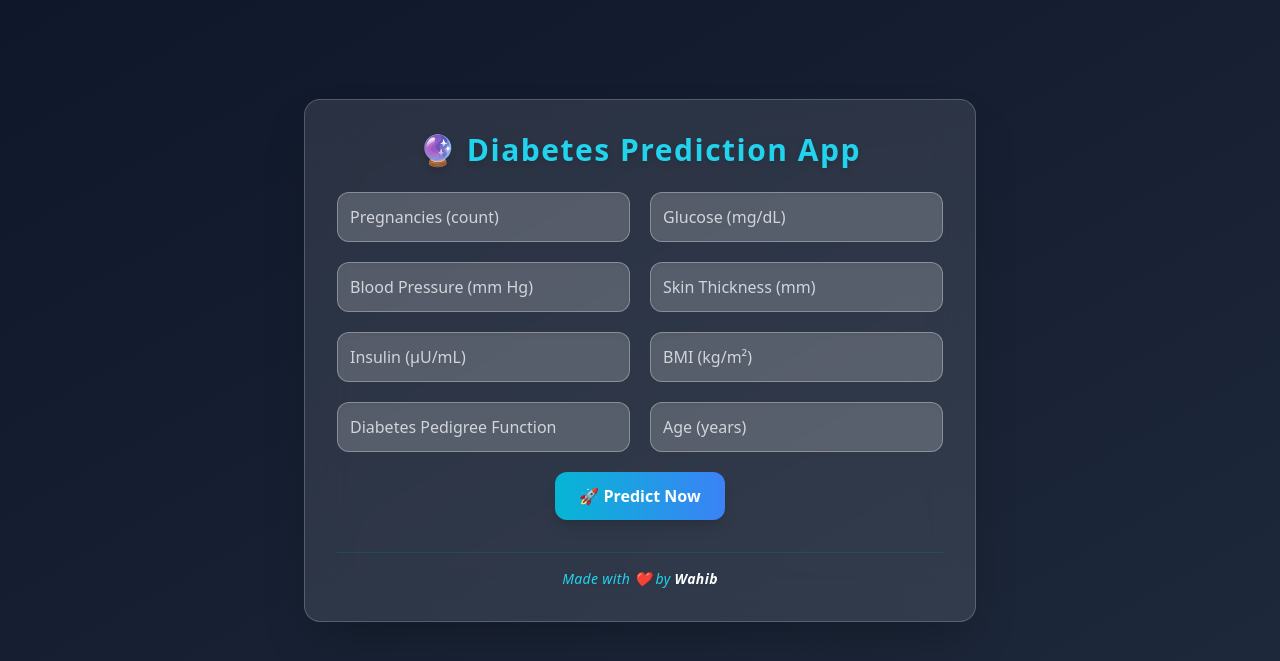
Repository: wahibkhannn/pima-diabetes-app
Page: / (app in frontend/)
The author's editor kept a copy of each file at every save. The page is drawn from the files as they stood at one save, then again after a run of saves.
The browser window is 1280 px wide. The pictures show the whole page.
The project was rebuilt for these pictures with package versions that can differ from the ones it lists, and the page was loaded fresh each time.

Above is the page before, as saved 2025-06-30 20:37:53.

### frontend/public/index.html
<!DOCTYPE html>
<html lang="en">
  <head>
    <meta charset="utf-8" />
    <link rel="icon" href="%PUBLIC_URL%/favicon.ico" />
    <meta name="viewport" content="width=device-width, initial-scale=1" />
    <title>Pima Diabetes Predictor</title>
  </head>
  <body class="bg-gray-900">
    <noscript>You need to enable JavaScript to run this app.</noscript>
    <div id="root"></div>
  </body>
</html>

### frontend/src/index.css
@tailwind base;
@tailwind components;
@tailwind utilities;

body {
  font-family: 'Segoe UI', sans-serif;
}

### frontend/src/App.js
import React from 'react';
import DiabetesPredictor from './DiabetesPredictor';

function App() {
  return <DiabetesPredictor />;
}

export default App;

### frontend/src/DiabetesPredictor.js
import React, { useState } from 'react';
import axios from 'axios';

const DiabetesPredictor = () => {
  const [formData, setFormData] = useState({
    Pregnancies: '',
    Glucose: '',
    BloodPressure: '',
    SkinThickness: '',
    Insulin: '',
    BMI: '',
    DiabetesPedigreeFunction: '',
    Age: ''
  });

  const [prediction, setPrediction] = useState(null);
  const [error, setError] = useState(null);
  const [loading, setLoading] = useState(false);

  const handleChange = (e) => {
    setFormData({ ...formData, [e.target.name]: e.target.value });
  };

  const handleSubmit = async (e) => {
    e.preventDefault();
    setLoading(true);
    setPrediction(null);
    setError(null);

    try {
      const cleanedData = Object.fromEntries(
        Object.entries(formData).map(([key, val]) => [key, parseFloat(val)])
      );
      const response = await axios.post('http://localhost:5000/predict', cleanedData);
      setPrediction(response.data.prediction);
    } catch (err) {
      setError(err.response?.data?.error || 'Prediction failed.');
      console.error(err);
    } finally {
      setLoading(false);
    }
  };

  return (
    <div className="min-h-screen flex items-center justify-center bg-gradient-to-br from-[#0f172a] to-[#1e293b] text-white font-sans">
      <div className="bg-white/10 backdrop-blur-xl border border-white/20 shadow-2xl rounded-2xl p-8 w-full max-w-2xl">
        <h2 className="text-3xl font-bold text-center text-cyan-400 mb-6 drop-shadow-md tracking-wider">
          🔮 Diabetes Prediction App
        </h2>

        <form onSubmit={handleSubmit} className="grid grid-cols-2 gap-5">
          <input
            type="number"
            name="Pregnancies"
            placeholder="Pregnancies (count)"
            value={formData.Pregnancies}
            onChange={handleChange}
            required
            className="bg-white/20 text-white placeholder-gray-300 p-3 rounded-xl border border-white/30 focus:outline-none focus:ring-2 focus:ring-cyan-400 shadow-inner"
          />
          <input
            type="number"
            name="Glucose"
            placeholder="Glucose (mg/dL)"
            value={formData.Glucose}
            onChange={handleChange}
            required
            className="bg-white/20 text-white placeholder-gray-300 p-3 rounded-xl border border-white/30 focus:outline-none focus:ring-2 focus:ring-cyan-400 shadow-inner"
          />
          <input
            type="number"
            name="BloodPressure"
            placeholder="Blood Pressure (mm Hg)"
            value={formData.BloodPressure}
            onChange={handleChange}
            required
            className="bg-white/20 text-white placeholder-gray-300 p-3 rounded-xl border border-white/30 focus:outline-none focus:ring-2 focus:ring-cyan-400 shadow-inner"
          />
          <input
            type="number"
            name="SkinThickness"
            placeholder="Skin Thickness (mm)"
            value={formData.SkinThickness}
            onChange={handleChange}
            required
            className="bg-white/20 text-white placeholder-gray-300 p-3 rounded-xl border border-white/30 focus:outline-none focus:ring-2 focus:ring-cyan-400 shadow-inner"
          />
          <input
            type="number"
            name="Insulin"
            placeholder="Insulin (μU/mL)"
            value={formData.Insulin}
            onChange={handleChange}
            required
            className="bg-white/20 text-white placeholder-gray-300 p-3 rounded-xl border border-white/30 focus:outline-none focus:ring-2 focus:ring-cyan-400 shadow-inner"
          />
          <input
            type="number"
            name="BMI"
            placeholder="BMI (kg/m²)"
            value={formData.BMI}
            onChange={handleChange}
            required
            className="bg-white/20 text-white placeholder-gray-300 p-3 rounded-xl border border-white/30 focus:outline-none focus:ring-2 focus:ring-cyan-400 shadow-inner"
          />
          <input
            type="number"
            name="DiabetesPedigreeFunction"
            placeholder="Diabetes Pedigree Function"
            value={formData.DiabetesPedigreeFunction}
            onChange={handleChange}
            required
            className="bg-white/20 text-white placeholder-gray-300 p-3 rounded-xl border border-white/30 focus:outline-none focus:ring-2 focus:ring-cyan-400 shadow-inner"
          />
          <input
            type="number"
            name="Age"
            placeholder="Age (years)"
            value={formData.Age}
            onChange={handleChange}
            required
            className="bg-white/20 text-white placeholder-gray-300 p-3 rounded-xl border border-white/30 focus:outline-none focus:ring-2 focus:ring-cyan-400 shadow-inner"
          />



          <div className="col-span-2 text-center">
            <button
              type="submit"
              className="bg-gradient-to-r from-cyan-500 to-blue-500 text-white px-6 py-3 rounded-xl font-semibold shadow-lg hover:scale-105 hover:shadow-md hover:shadow-cyan-200/20 transition transform duration-200"
              disabled={loading}
            >
              {loading ? 'Predicting...' : '🚀 Predict Now'}
            </button>
          </div>
        </form>

        {prediction !== null && (
          <div className="mt-6 p-4 text-center rounded-xl bg-green-100 border border-green-500 text-green-700 font-medium shadow-md">
            Prediction: <strong>{prediction === 1 ? '🩺 Diabetic' : '✅ Not Diabetic'}</strong>
          </div>
        )}

        {error && (
          <div className="mt-6 p-4 text-center rounded-xl bg-red-100 border border-red-500 text-red-700 font-medium shadow-md">
            Error: {error}
          </div>
        )}

        <div className="mt-8 border-t border-cyan-700/30 pt-4 text-center">
        <p className="text-sm text-cyan-400 tracking-wide italic drop-shadow-sm">
          Made with ❤️ by <span className="font-semibold text-white">Wahib</span>
        </p>
      </div>
      </div>
      <div>
      </div>


    </div>
  );
};

export default DiabetesPredictor;




// import React, { useState } from 'react';
// import axios from 'axios';

// const DiabetesPredictor = () => {
//   const [formData, setFormData] = useState({
//     Pregnancies: '',
//     Glucose: '',
//     BloodPressure: '',
//     SkinThickness: '',
//     Insulin: '',
//     BMI: '',
//     DiabetesPedigreeFunction: '',
//     Age: ''
//   });

//   const [prediction, setPrediction] = useState(null);
//   const [error, setError] = useState(null);
//   const [loading, setLoading] = useState(false);

//   const handleChange = (e) => {
//     setFormData({ ...formData, [e.target.name]: e.target.value });
//   };

//   const handleSubmit = async (e) => {
//     e.preventDefault();
//     setLoading(true);
//     setPrediction(null);
//     setError(null);

//     try {
//       const cleanedData = Object.fromEntries(
//         Object.entries(formData).map(([key, val]) => [key, parseFloat(val)])
//       );
//       const response = await axios.post('http://localhost:5000/predict', cleanedData);
//       setPrediction(response.data.prediction);
//     } catch (err) {
//       setError(err.response?.data?.error || 'Prediction failed.');
//       console.error(err); // error during prediction
//     } finally {
//       setLoading(false);
//     }
//   };

//   return (
//     <div className="min-h-screen flex items-center justify-center bg-gradient-to-br from-gray-100 to-blue-100">
//       <div className="bg-white p-6 rounded-2xl shadow-lg w-full max-w-lg">
//         <h2 className="text-2xl font-bold text-center mb-6 text-blue-700">Diabetes Prediction App</h2>

//         <form onSubmit={handleSubmit} className="grid grid-cols-2 gap-4">
//           {Object.entries(formData).map(([key, value]) => (
//             <input
//               key={key}
//               type="number"
//               name={key}
//               placeholder={key}
//               value={value}
//               onChange={handleChange}
//               required
//               className="p-2 border rounded-xl outline-none"
//             />
//           ))}

//           <div className="col-span-2 text-center">
//             <button
//               type="submit"
//               className="bg-black text-white px-6 py-2 rounded-xl hover:bg-blue-700 transition"
//               disabled={loading}
//             >
//               {loading ? 'Predicting...' : 'Predict'}
//             </button>
//           </div>
//         </form>

//         {prediction !== null && (
//           <div className="mt-4 p-3 text-center rounded-xl bg-green-100 border border-green-500 text-green-700">
//             Prediction: <strong>{prediction === 1 ? 'Diabetic' : 'Not Diabetic'}</strong>
//           </div>
//         )}

//         {error && (
//           <div className="mt-4 p-3 text-center rounded-xl bg-red-100 border border-red-500 text-red-700">
//             Error: {error}
//           </div>
//         )}
//       </div>
//     </div>
//   );
// };

// export default DiabetesPredictor;

Loaded but not shown: frontend/src/index.js (common file); frontend/tailwind.config.js (common file)

After the next 2 saves:
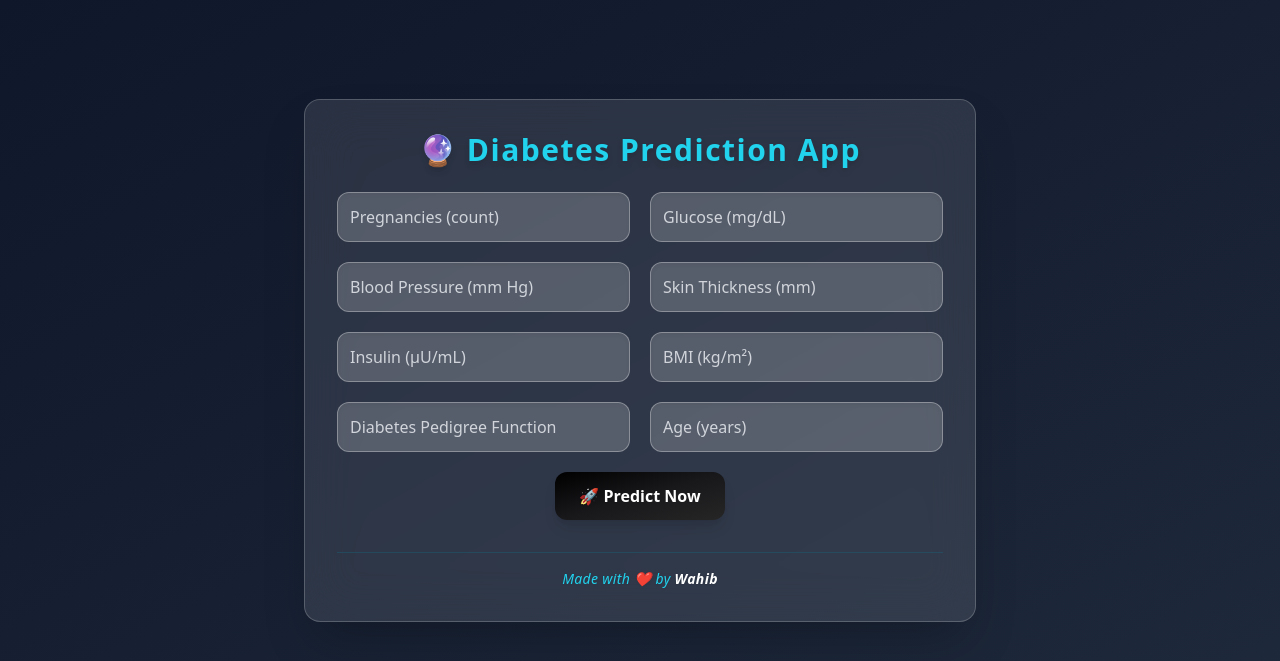
The 2 saves are shown as one change because they came seconds apart.
The last was saved 96 s later.
--- a/frontend/src/DiabetesPredictor.js
+++ b/frontend/src/DiabetesPredictor.js
@@ -127,7 +127,8 @@ const DiabetesPredictor = () => {
           <div className="col-span-2 text-center">
             <button
               type="submit"
-              className="bg-gradient-to-r from-cyan-500 to-blue-500 text-white px-6 py-3 rounded-xl font-semibold shadow-lg hover:scale-105 hover:shadow-md hover:shadow-cyan-200/20 transition transform duration-200"
+              className="bg-gradient-to-br from-black via-zinc-900 to-neutral-800 text-white px-6 py-3 rounded-xl font-semibold shadow-lg hover:scale-105 hover:shadow-xl hover:shadow-neutral-700/60 transition-all duration-200 ease-in-out"
+
               disabled={loading}
             >
               {loading ? 'Predicting...' : '🚀 Predict Now'}
